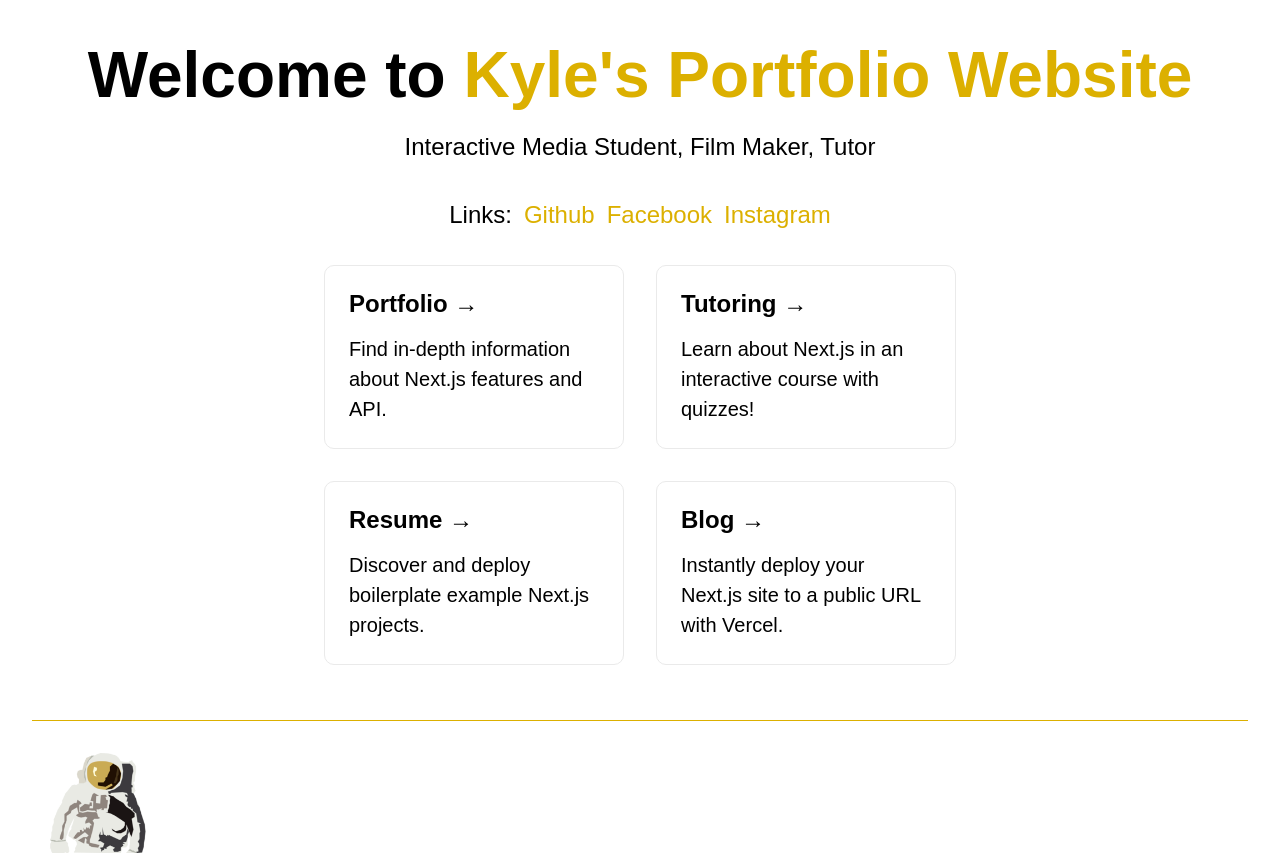
Repository: neomort/CL-portfolio-site
Page: /
The author's editor kept a copy of each file at every save. The page is drawn from the files as they stood at one save, then again after the next save.
The browser window is 1280 px wide. The pictures show the whole page.
Some web fonts or font styles are not loaded; a fallback is used. The project was rebuilt for these pictures with package versions that can differ from the ones it lists, and the page was loaded fresh each time. The framework's server and built-in components were replaced by stand-ins that run in the browser. Also part of the build but not shown: next.config.js.

Above is the page before, as saved 2021-12-14 14:53:29.

### pages/_document.js
import Document, { Html, Head, Main, NextScript } from 'next/document'

class MyDocument extends Document {


  render() {
    return (
      <Html>
        <Head>
        <link rel="apple-touch-icon" sizes="180x180" href="/images/favicons/apple-touch-icon.png" />
        <link rel="icon" type="image/png" sizes="32x32" href="/images/favicons/favicon-32x32.png" />
        <link rel="icon" type="image/png" sizes="16x16" href="/images/favicons/favicon-16x16.png" />
        <link rel="manifest" href="/images/favicons//site.webmanifest" />
        <link rel="mask-icon" href="/safari-pinned-tab.svg" color="#5bbad5" />
        <meta name="msapplication-TileColor" content="#da532c" />
        <meta name="theme-color" content="#ffffff"></meta>

        <link
          href="https://fonts.google.com/specimen/Montserrat?query=Mon#standard-styles"
          rel="stylesheet"
        />
        </Head>

        <body>
          <Main />
          <NextScript />
        </body>
      </Html>
    )
  }
}

export default MyDocument

### pages/index.js
import Head from 'next/head'
import Image from 'next/image'
import styles from '../styles/Home.module.css'

export default function Home() {
  return (
    <div className={styles.container}>
      <Head>
        <title>Kyle's Portfolio</title>
        <meta name="description" content="If you are reading this you are really impressive" />

      </Head>

      <main className={styles.main}>
        <h1 className={styles.title}>
          Welcome to <a href="https://kyleadams.com/">Kyle's Portfolio Website</a>
        </h1>

        <p className={styles.description}>
        Interactive Media Student, Film Maker, Tutor
        </p>

        <p className={styles.description}>
          Links:
          <a href="https://github.com/neomort">Github</a>
          <a href="https://github.com/neomort">Facebook</a>
          <a href="https://github.com/neomort">Instagram</a>
          {/* <code className={styles.code}>this is code</code> */}
        </p>

        <div className={styles.grid}>
          <a href="https://nextjs.org/docs" className={styles.card}>
            <h2>Portfolio &rarr;</h2>
            <p>Find in-depth information about Next.js features and API.</p>
          </a>

          <a href="https://nextjs.org/learn" className={styles.card}>
            <h2>Tutoring &rarr;</h2>
            <p>Learn about Next.js in an interactive course with quizzes!</p>
          </a>

          <a
            href="https://github.com/vercel/next.js/tree/master/examples"
            className={styles.card}
          >
            <h2>Resume &rarr;</h2>
            <p>Discover and deploy boilerplate example Next.js projects.</p>
          </a>

          <a
            href="https://vercel.com/new?utm_source=create-next-app&utm_medium=default-template&utm_campaign=create-next-app"
            className={styles.card}
          >
            <h2>Blog &rarr;</h2>
            <p>
              Instantly deploy your Next.js site to a public URL with Vercel.
            </p>
          </a>
        </div>
      </main>

      <footer className={styles.footer}>
        <a
          href="https://kyleadams.com/"
          target="_blank"
          rel="noopener noreferrer"
        >

          <span className={styles.logo}>
            <Image src="/images/favicons/apple-touch-icon.png" alt="Spaceman" width={100} height={100} />
          </span>
        </a>
      </footer>
    </div>
  )
}

### styles/globals.css
html,
body {
  padding: 0;
  margin: 0;
  font-family: 'Montserrat', sans-serif;
}

a {
  color: inherit;
  text-decoration: none;
}

* {
  box-sizing: border-box;
}

### styles/Home.module.css
.container {
  padding: 0 2rem;
}

.main {
  min-height: 100vh;
  padding: 2rem 0;
  flex: 1;
  display: flex;
  flex-direction: column;
  justify-content: center;
  align-items: center;
}

.footer {
  display: flex;
  flex: 1;
  padding: 2rem 0;
  border-top: 1px solid #dcb000;
  justify-content: left;
  align-items: center;
}

.footer a {
  display: flex;
  justify-content: left;
  align-items: center;
  flex-grow: 1;
}

.title a {
  color: #dcb000;
  text-decoration: none;
}

.title a:hover,
.title a:focus,
.title a:active {
  text-decoration: underline;
}

.title {
  margin: 0;
  line-height: 1.15;
  font-size: 4rem;
}

.title,
.description {
  text-align: center;
}

.description {
  margin: 1rem 0;
  line-height: 1.5;
  font-size: 1.5rem;
}

.description a{
  padding-left: 0.75rem;
  color: #dcb000;
  text-decoration: none;
}

.code {
  background: #fafafa;
  border-radius: 5px;
  padding: 0.75rem;
  font-size: 1.1rem;
  font-family: Menlo, Monaco, Lucida Console, Liberation Mono, DejaVu Sans Mono,
    Bitstream Vera Sans Mono, Courier New, monospace;
}

.grid {
  display: flex;
  align-items: center;
  justify-content: center;
  flex-wrap: wrap;
  max-width: 800px;
}

.card {
  margin: 1rem;
  padding: 1.5rem;
  text-align: left;
  color: inherit;
  text-decoration: none;
  border: 1px solid #eaeaea;
  border-radius: 10px;
  transition: color 0.15s ease, border-color 0.15s ease;
  max-width: 300px;
}

.card:hover,
.card:focus,
.card:active {
  color: #0070f3;
  border-color: #0070f3;
}

.card h2 {
  margin: 0 0 1rem 0;
  font-size: 1.5rem;
}

.card p {
  margin: 0;
  font-size: 1.25rem;
  line-height: 1.5;
}

.logo {
  height: 2em;
  margin-left: 1rem;
}

@media (max-width: 600px) {
  .grid {
    width: 100%;
    flex-direction: column;
  }
}

Loaded but not shown: pages/_app.js (common file)

After the next save:
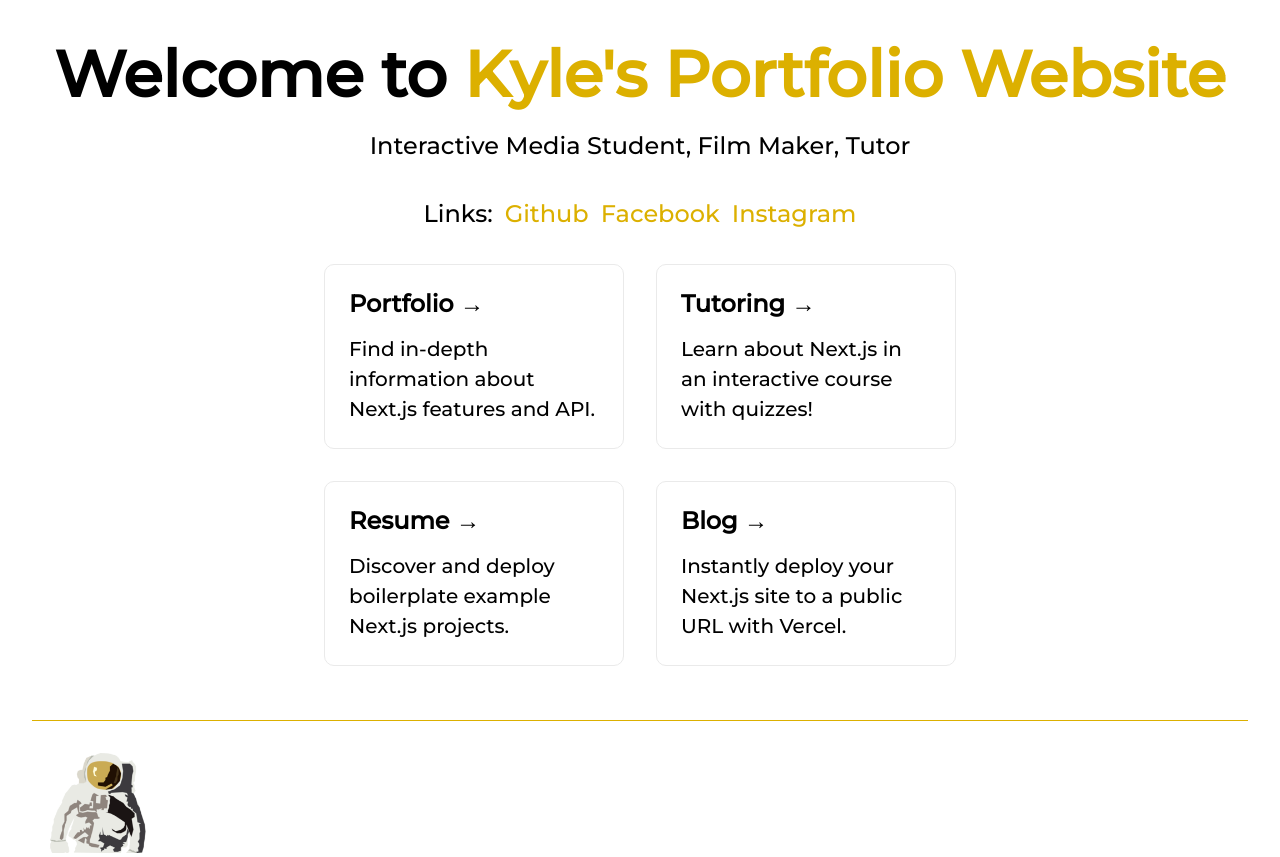
Saved 2 s later.
--- a/pages/_document.js
+++ b/pages/_document.js
@@ -15,10 +15,7 @@ class MyDocument extends Document {
         <meta name="msapplication-TileColor" content="#da532c" />
         <meta name="theme-color" content="#ffffff"></meta>
 
-        <link
-          href="https://fonts.google.com/specimen/Montserrat?query=Mon#standard-styles"
-          rel="stylesheet"
-        />
+        <link href="https://fonts.googleapis.com/css2?family=Montserrat:wght@500&display=swap" rel="stylesheet"/>
         </Head>
 
         <body>
